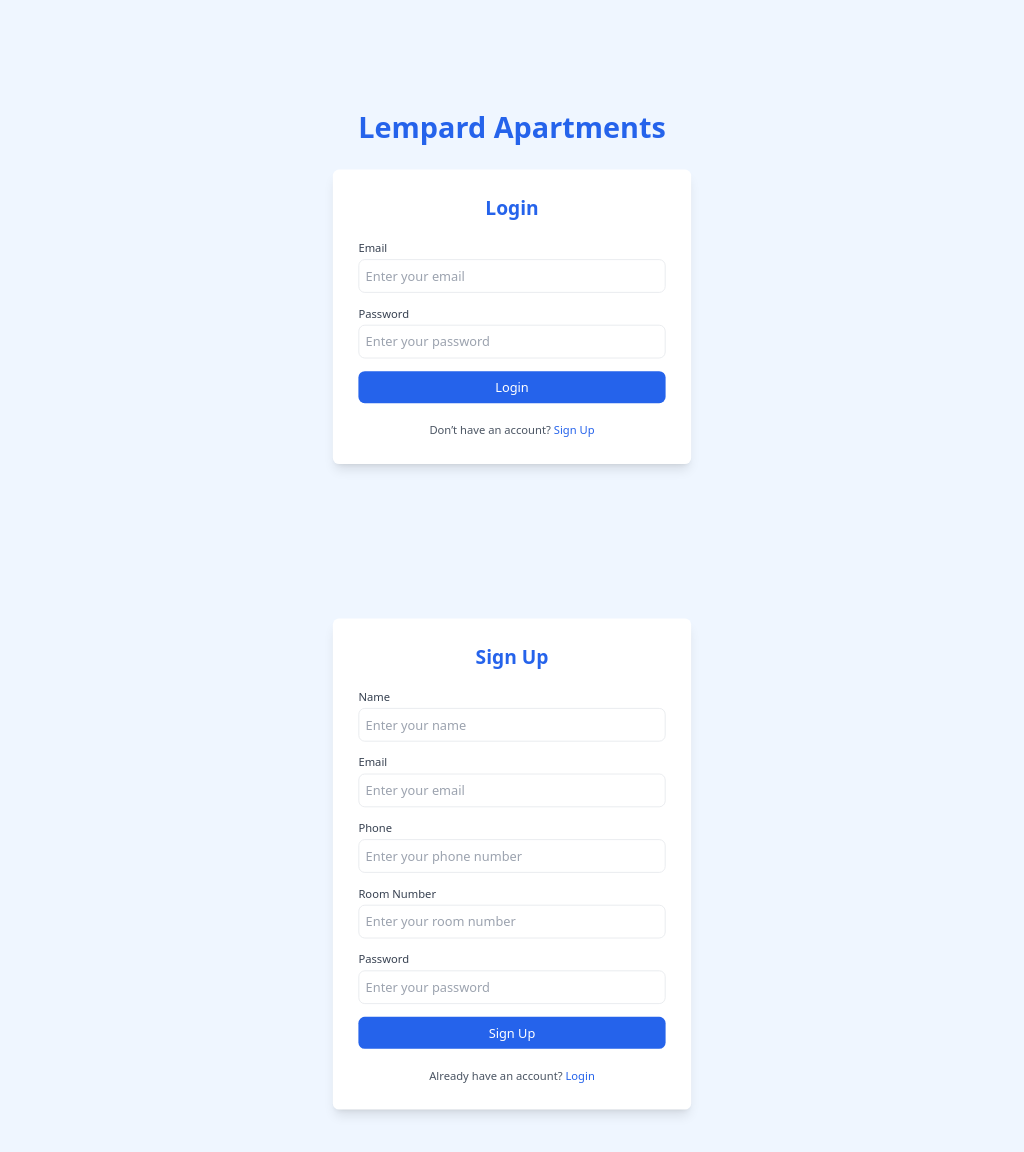
Repository: makanda596/system
Page: /signup (app in client/)
An editor plug-in stored every save of this project. The page is shown before and after a run of saves, followed by the edit.
The browser window is 1280 px wide. The pictures show the whole page, at 80% of full size.
The project was rebuilt for these pictures with package versions that can differ from the ones it lists, and the page was loaded fresh each time. Also part of the build but not shown: client/src/Home.jsx. Imported but missing from the stored project, and not drawn on this page: client/src/reportWebVitals.

Above is the page before, as saved 2024-12-03 08:08:16.

### client/src/App.js
import React from 'react';
import { BrowserRouter as Router, Route, Routes } from 'react-router-dom';
import Home from './Home.jsx'
import SignUpForm from './SignUpForm.jsx'
import LoginForm from './LoginForm.jsx'
function App() {
  return (
    <div>
      <LoginForm />
      <Router>
        <Routes>
          <Route path="/signup" element={<SignUpForm />} />
          <Route path='/home' element={<Home />} />
        </Routes>
      </Router>
    </div>
  );
}

export default App;

### client/src/SignUpForm.jsx
import React, { useState } from 'react';
import axios from 'axios';

function SignUpForm() {
    const [formData, setFormData] = useState({
        name: '',
        email: '',
        phone: '',
        roomNumber: '',
        password: ''
    });

    const [message, setMessage] = useState('');
    const [isError, setIsError] = useState(false);

    const handleChange = (e) => {
        setFormData({ ...formData, [e.target.name]: e.target.value });
    };

    const handleSubmit = async (e) => {
        e.preventDefault();
        try {
            const response = await axios.post('http://localhost:5000/signup', formData);
            setIsError(false);
            setMessage(response.data.message);
            setFormData({ name: '', email: '', phone: '', roomNumber: '', password: '' });
        } catch (error) {
            setIsError(true);
            setMessage(error.response?.data?.message || 'An error occurred. Please try again.');
        }
    };

    return (
        <div className="min-h-screen bg-blue-50 flex items-center justify-center">
            <div className="bg-white p-8 rounded-lg shadow-lg w-full max-w-md">
                <h1 className="text-2xl font-bold text-blue-600 text-center mb-6">Sign Up</h1>
                <form onSubmit={handleSubmit} className="space-y-4">
                    <div>
                        <label className="block text-sm font-medium text-gray-700">Name</label>
                        <input
                            type="text"
                            name="name"
                            value={formData.name}
                            onChange={handleChange}
                            className="mt-1 p-2 w-full border rounded-lg focus:ring-blue-500 focus:border-blue-500"
                            placeholder="Enter your name"
                            required
                        />
                    </div>
                    <div>
                        <label className="block text-sm font-medium text-gray-700">Email</label>
                        <input
                            type="email"
                            name="email"
                            value={formData.email}
                            onChange={handleChange}
                            className="mt-1 p-2 w-full border rounded-lg focus:ring-blue-500 focus:border-blue-500"
                            placeholder="Enter your email"
                            required
                        />
                    </div>
                    <div>
                        <label className="block text-sm font-medium text-gray-700">Phone</label>
                        <input
                            type="text"
                            name="phone"
                            value={formData.phone}
                            onChange={handleChange}
                            className="mt-1 p-2 w-full border rounded-lg focus:ring-blue-500 focus:border-blue-500"
                            placeholder="Enter your phone number"
                            required
                        />
                    </div>
                    <div>
                        <label className="block text-sm font-medium text-gray-700">Room Number</label>
                        <input
                            type="text"
                            name="roomNumber"
                            value={formData.roomNumber}
                            onChange={handleChange}
                            className="mt-1 p-2 w-full border rounded-lg focus:ring-blue-500 focus:border-blue-500"
                            placeholder="Enter your room number"
                            required
                        />
                    </div>
                    <div>
                        <label className="block text-sm font-medium text-gray-700">Password</label>
                        <input
                            type="password"
                            name="password"
                            value={formData.password}
                            onChange={handleChange}
                            className="mt-1 p-2 w-full border rounded-lg focus:ring-blue-500 focus:border-blue-500"
                            placeholder="Enter your password"
                            required
                        />
                    </div>
                    <button
                        type="submit"
                        className="w-full py-2 px-4 bg-blue-600 text-white rounded-lg hover:bg-blue-700 transition duration-300"
                    >
                        Sign Up
                    </button>
                </form>
                {message && (
                    <p
                        className={`mt-4 text-center text-sm ${isError ? 'text-red-500' : 'text-green-500'
                            }`}
                    >
                        {message}
                    </p>
                )}
                <div className="mt-6 text-center">
                    <p className="text-sm text-gray-600">
                        Already have an account?{' '}
                        <a href="/login" className="text-blue-600 hover:underline">
                            Login
                        </a>
                    </p>
                </div>
            </div>
        </div>
    );
}

export default SignUpForm;

### client/src/LoginForm.jsx
import React, { useState } from 'react';
import axios from 'axios';

function LoginForm() {
    const [credentials, setCredentials] = useState({
        email: '',
        password: ''
    });

    const [message, setMessage] = useState('');
    const [isError, setIsError] = useState(false);

    const handleChange = (e) => {
        setCredentials({ ...credentials, [e.target.name]: e.target.value });
    };

    const handleSubmit = async (e) => {
        e.preventDefault();
        try {
            const response = await axios.post('http://localhost:5000/login', credentials);
            setIsError(false);
            setMessage('Login successful!');

            // Redirect to the home page after successful login
            setTimeout(() => {
                window.location.href = '/home'; // Adjust this path if necessary
            }, 1000);
        } catch (error) {
            setIsError(true);
            setMessage(error.response?.data?.message || 'An error occurred. Please try again.');
        }
    };

    return (
        <div className="min-h-screen bg-blue-50 flex flex-col items-center justify-center">
            {/* Apartment Name */}
            <h1 className="text-4xl font-extrabold text-blue-600 mb-8">Lempard Apartments</h1>

            {/* Login Form Container */}
            <div className="bg-white p-8 rounded-lg shadow-lg w-full max-w-md">
                <h2 className="text-2xl font-bold text-blue-600 text-center mb-6">Login</h2>
                <form onSubmit={handleSubmit} className="space-y-4">
                    <div>
                        <label className="block text-sm font-medium text-gray-700">Email</label>
                        <input
                            type="email"
                            name="email"
                            value={credentials.email}
                            onChange={handleChange}
                            className="mt-1 p-2 w-full border rounded-lg focus:ring-blue-500 focus:border-blue-500"
                            placeholder="Enter your email"
                            required
                        />
                    </div>
                    <div>
                        <label className="block text-sm font-medium text-gray-700">Password</label>
                        <input
                            type="password"
                            name="password"
                            value={credentials.password}
                            onChange={handleChange}
                            className="mt-1 p-2 w-full border rounded-lg focus:ring-blue-500 focus:border-blue-500"
                            placeholder="Enter your password"
                            required
                        />
                    </div>
                    <button
                        type="submit"
                        className="w-full py-2 px-4 bg-blue-600 text-white rounded-lg hover:bg-blue-700 transition duration-300"
                    >
                        Login
                    </button>
                </form>
                {message && (
                    <p
                        className={`mt-4 text-center text-sm ${isError ? 'text-red-500' : 'text-green-500'
                            }`}
                    >
                        {message}
                    </p>
                )}
                <div className="mt-6 text-center">
                    <p className="text-sm text-gray-600">
                        Don’t have an account?{' '}
                        <a href="/signup" className="text-blue-600 hover:underline">
                            Sign Up
                        </a>
                    </p>
                </div>
            </div>
        </div>
    );
}

export default LoginForm;

Loaded but not shown: client/src/index.js (common file); client/src/index.css (common file); client/tailwind.config.js (common file)

After the next 2 saves:
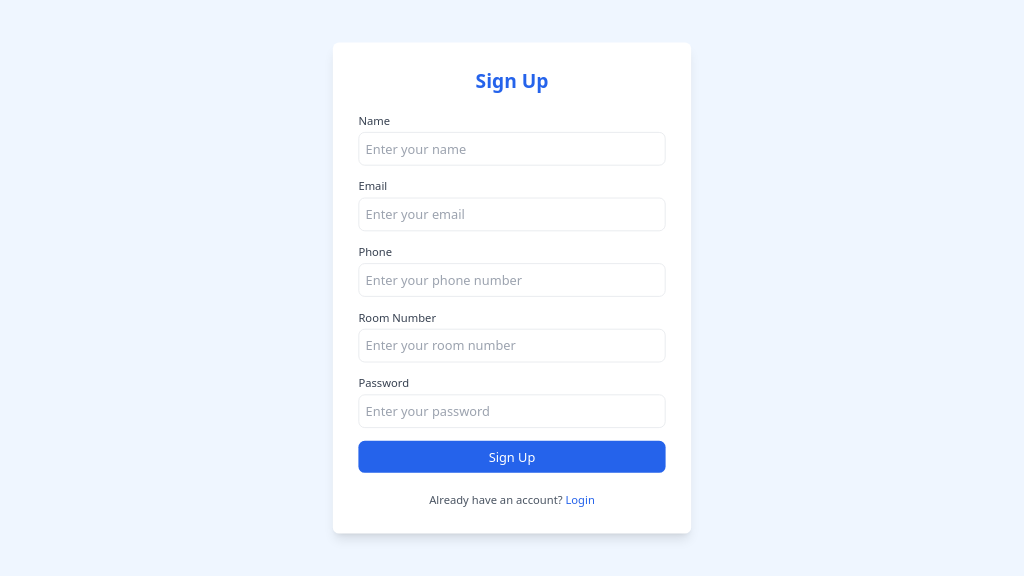
The 2 saves are shown as one change because 1 did not build or start.
The last was saved 100 s later.
--- a/client/src/App.js
+++ b/client/src/App.js
@@ -6,11 +6,13 @@ import LoginForm from './LoginForm.jsx'
 function App() {
   return (
     <div>
-      <LoginForm />
       <Router>
         <Routes>
           <Route path="/signup" element={<SignUpForm />} />
           <Route path='/home' element={<Home />} />
+          <Route path='/login' element={<LoginForm />} />
+
+
         </Routes>
       </Router>
     </div>
